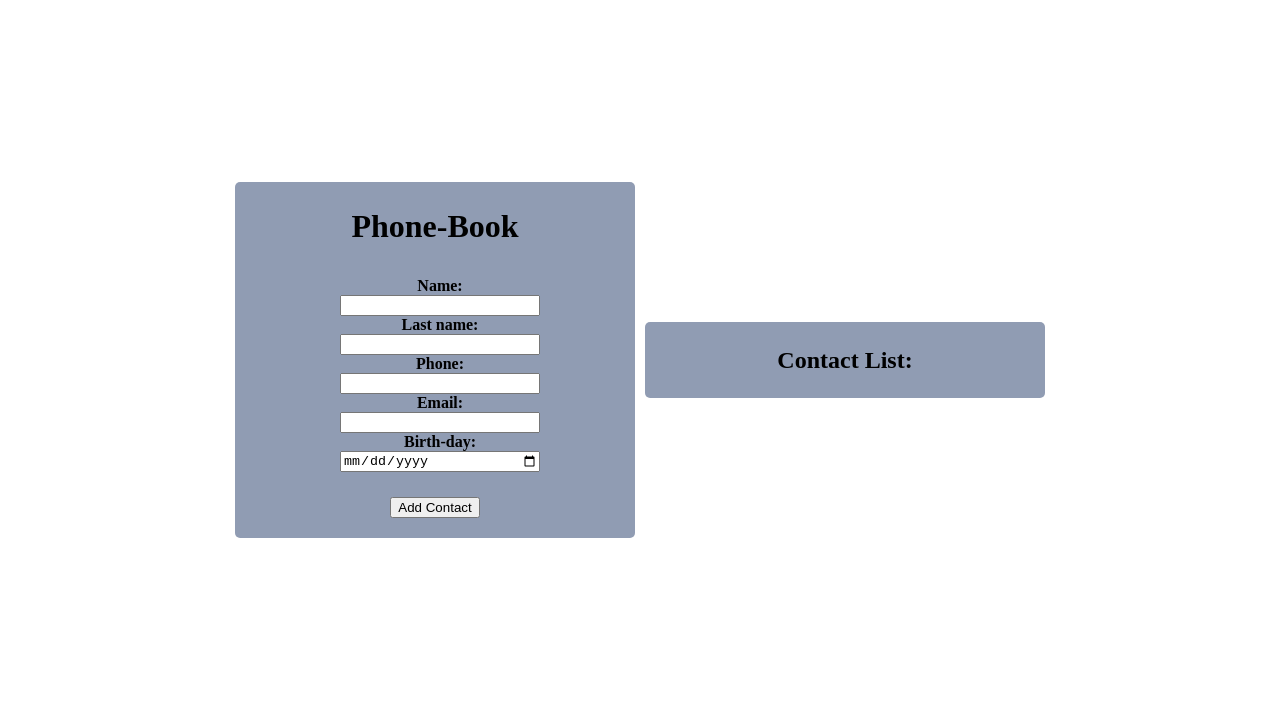
Repository: STA1357/Phone-book
Page: Inner.html
An editor plug-in stored every save of this project. The page is shown before and after the next save, followed by the edit.
The browser window is 1280 px wide. The pictures show the whole page.

Above is the page before, as saved 2020-12-10 11:48:18.

After the next save:
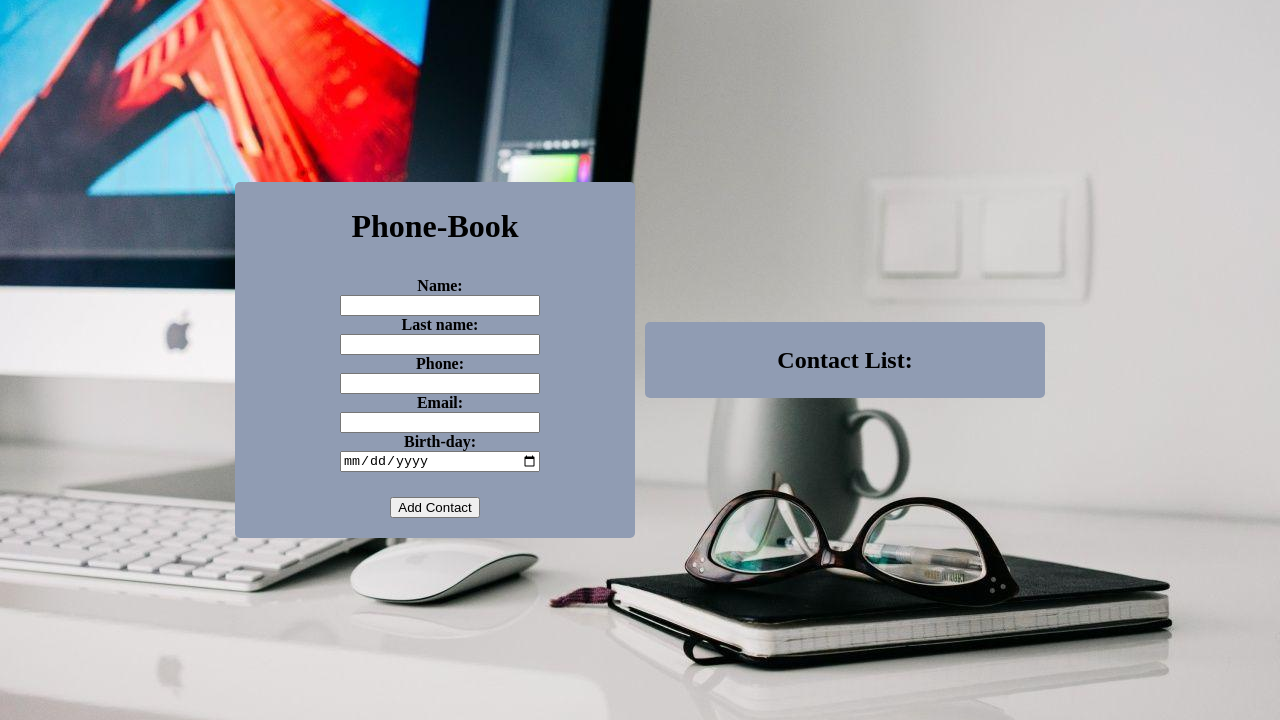
Saved 2 min 21 s later.
--- a/styles.css
+++ b/styles.css
@@ -10,7 +10,8 @@ body{
     justify-content: center;
     min-height: 100vh;
     margin: 0;
-    background-image: url('./wp3990421-office-wallpapers.jpg') no-repeat;
+    background: url("./wp3990421-office-wallpapers.jpg") no-repeat fixed center center;
+    background-size: cover;
 }
 
 form{
